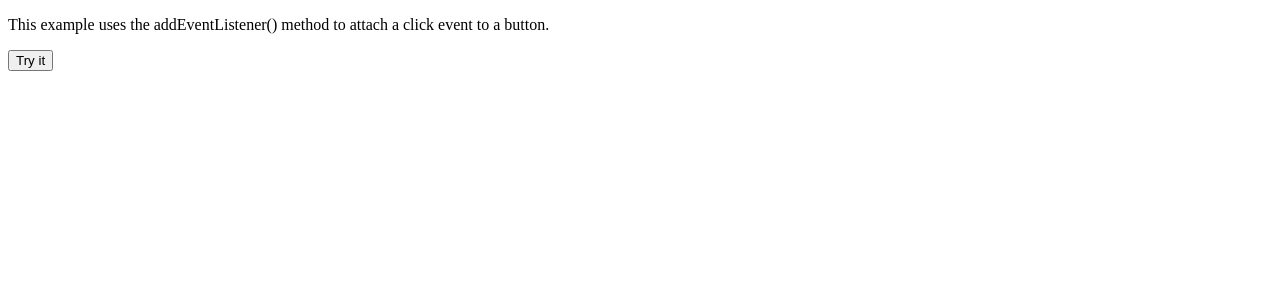
Repository: neem693/workspace
Page: studyhtml5/WebContent/ch05/practice_dom/practice_41.html
The author's editor kept a copy of each file at every save. The page is drawn from the files as they stood at one save, then again after the next save.
The browser window is 1280 px wide. The pictures show the whole page.
After loading, the first visible `#myBtn` was clicked once.

Above is the page before, as saved 2018-03-19 00:50:24.
Console error: ReferenceError: Data is not defined

After the next save:
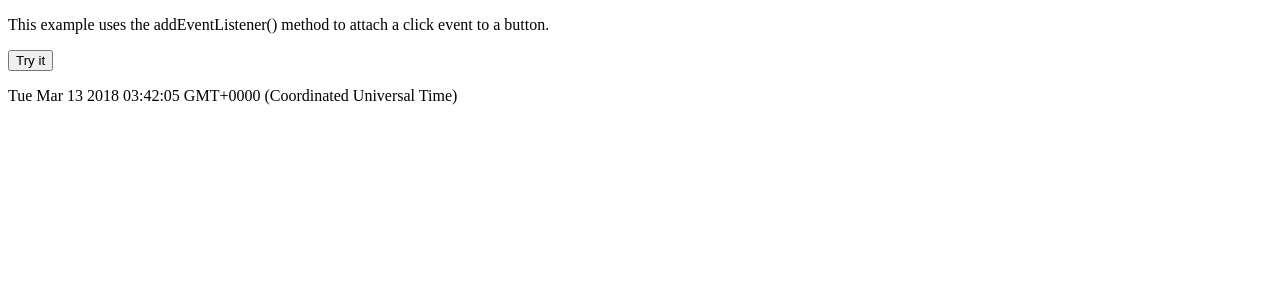
The error is gone.
Saved 24 s later.
--- a/studyhtml5/WebContent/ch05/practice_dom/practice_41.html
+++ b/studyhtml5/WebContent/ch05/practice_dom/practice_41.html
@@ -23,7 +23,7 @@
 document.getElementById("myBtn").addEventListener("click",displayDate);
 
 function displayDate(){
-    document.getElementById("demo").innerHTML = Data();
+    document.getElementById("demo").innerHTML = Date();
 }
 
 </script>
